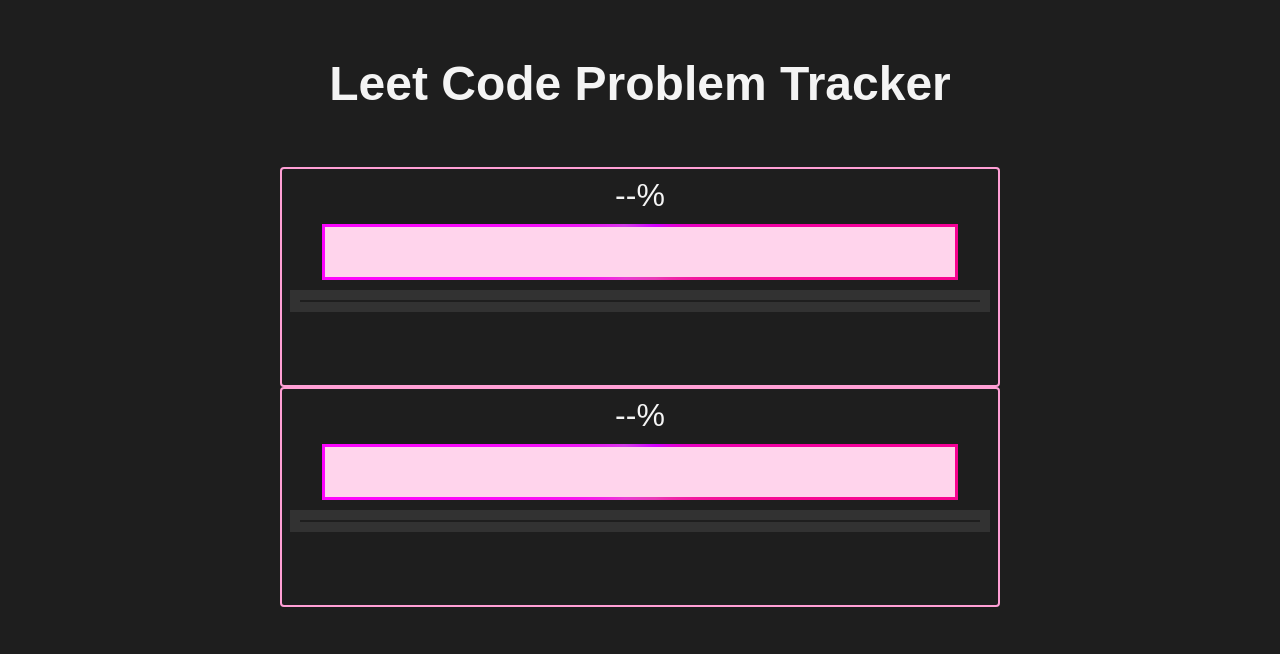
Repository: bbrockbrown/leet-code-tracker
Page: index.html
The author's editor kept a copy of each file at every save. The page is drawn from the files as they stood at one save, then again after the next save.
The browser window is 1280 px wide. The pictures show the whole page.

Above is the page before, as saved 2024-07-28 17:12:39.

### index.html
<!DOCTYPE html>
<html lang="en">
<head>
    <meta charset="UTF-8">
    <meta name="viewport" content="width=device-width, initial-scale=1.0">
    <link rel="stylesheet" href="styles.css">
    <script>src="script.js"</script>
    <title>Document</title>
</head>
<body>
    <div class="main">
        <h1 id="header">Leet Code Problem Tracker</h1>
    </div>

    <div class="tracking-container">
        <!-- Have some script grab random leet code problems daily -->
        <div class="todo-tracking">
            <div class="todo-percent">--%</div>
            <div class="progressbar" id="todo-bar"> <!--% Container for progressbar --> </div>
            <table>
                <tbody>
                    <tr>
                        <th></th>
                        <th></th>
                        <th></th>
                    </tr>
                </tbody>
            </table>
        </div>

        <!-- Brings to page with links to completed problems, area to write
         notes about how it was solved, topics used, etc-->
        <div class="completed-tracking">
            <div class="completed-percent">--%</div>
            <div class="progressbar" id="completed-bar"> <!--% Container for progressbar --> </div>
            <table>
                <tbody>
                    <tr>
                        <th></th>
                        <th></th>
                        <th></th>
                    </tr>
                </tbody>
            </table>
        </div>
    </div>
</body>
</html>

### styles.css
:root {
    --tracking-border-color: rgb(255, 159, 213);
}

@keyframes rotate {
	to {
		--angle: 360deg;
	}
}

@property --angle {
  syntax: '<angle>';
  initial-value: 0deg;
  inherits: false;
}

head {
    display: none;
}

body {
    font-family: Arial, sans-serif;
    background: #1e1e1e;
    margin: 0;
    padding: 0;
    color: #f4f4f4;
    overflow: hidden;
    font-size: 90%;
}

.main {
    display: flex;
    flex-flow: column;
    justify-content: center;
    align-items: center;
    padding: 24px;
}

#header {
    font-size: 48px;
}

.tracking-container {
    display: flex;
    flex-flow: row wrap;
    align-items: center;
    justify-content: space-evenly;
}

.todo-tracking, .completed-tracking {
    border: 2px solid var(--tracking-border-color);
    border-radius: 4px;
    font-size: 32px;
    text-align: center;
    box-shadow: 8px rgb(255, 159, 213, 0.8);
    height: 200px;
    width: 700px;
    padding: 8px;
}

.todo-tracking:hover, .completed-tracking:hover {
    filter: brightness(85%);
}

/* progress bar fills more as more complete */
.progressbar {
    width: 90%;
    height: 50px;
    border-radius: 8px;
    background-color: rgb(255, 212, 236);
    margin: 10px auto;
    --angle: 0deg;
    /* FOR FUTURE: make it so user can change border gradient */
    --very-pink: rgb(249, 0, 141);
    --pink: rgb(233, 58, 183);
    --pinkish-purple: rgb(233, 58, 210);
    --magenta: magenta;
    --purple: rgb(213, 58, 233);
    --very-purple: rgb(212, 0, 255);
	border: 3px solid;
	border-image: conic-gradient(from var(--angle), var(--very-pink), var(--pink), var(--pinkish-purple), var(--magenta), var(--purple), var(--very-purple), var(--very-pink)) 1;
	animation: 4s rotate linear infinite;
}

table {
    width: 100%;
    margin: 0 auto;
    display: table;
    border-collapse: collapse;
    transition: box-shadow 0.3s ease-in-out;
    border: 10px solid #323232;
    border-radius: 10px;
    box-shadow: #1e1e1e;
}

After the next save:
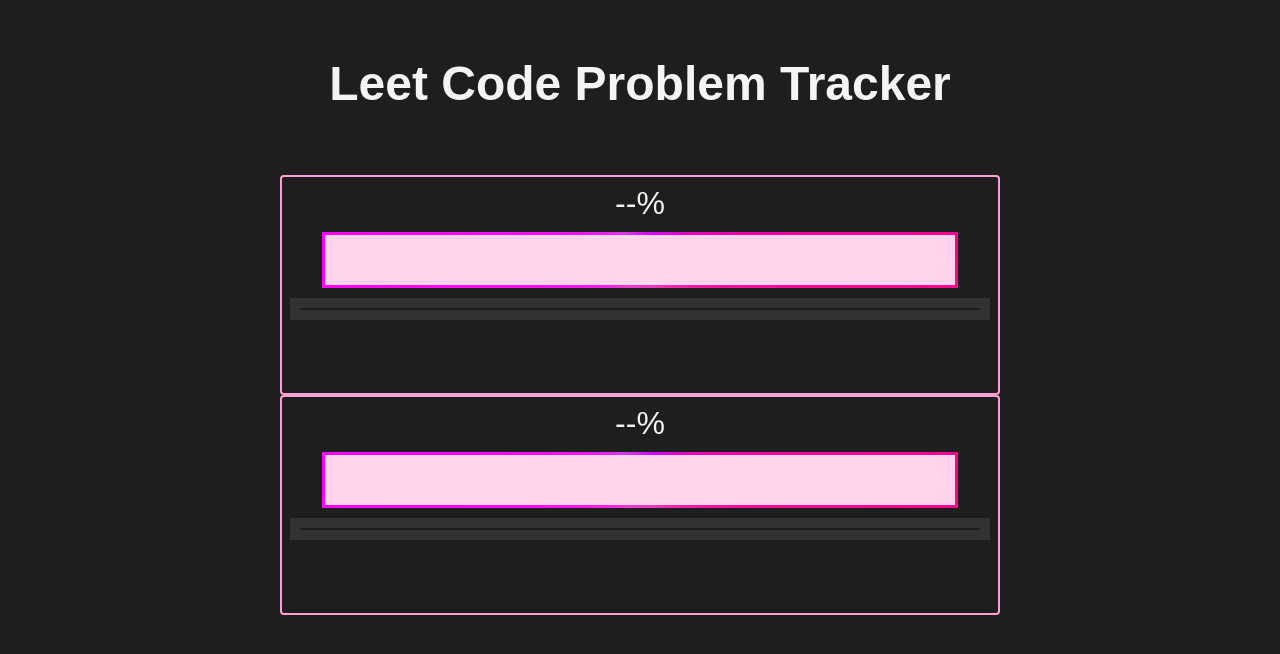
Saved 28 s later.
--- a/styles.css
+++ b/styles.css
@@ -45,6 +45,7 @@
     flex-flow: row wrap;
     align-items: center;
     justify-content: space-evenly;
+    padding: 8px;
 }
 
 .todo-tracking, .completed-tracking {

After the save that followed:
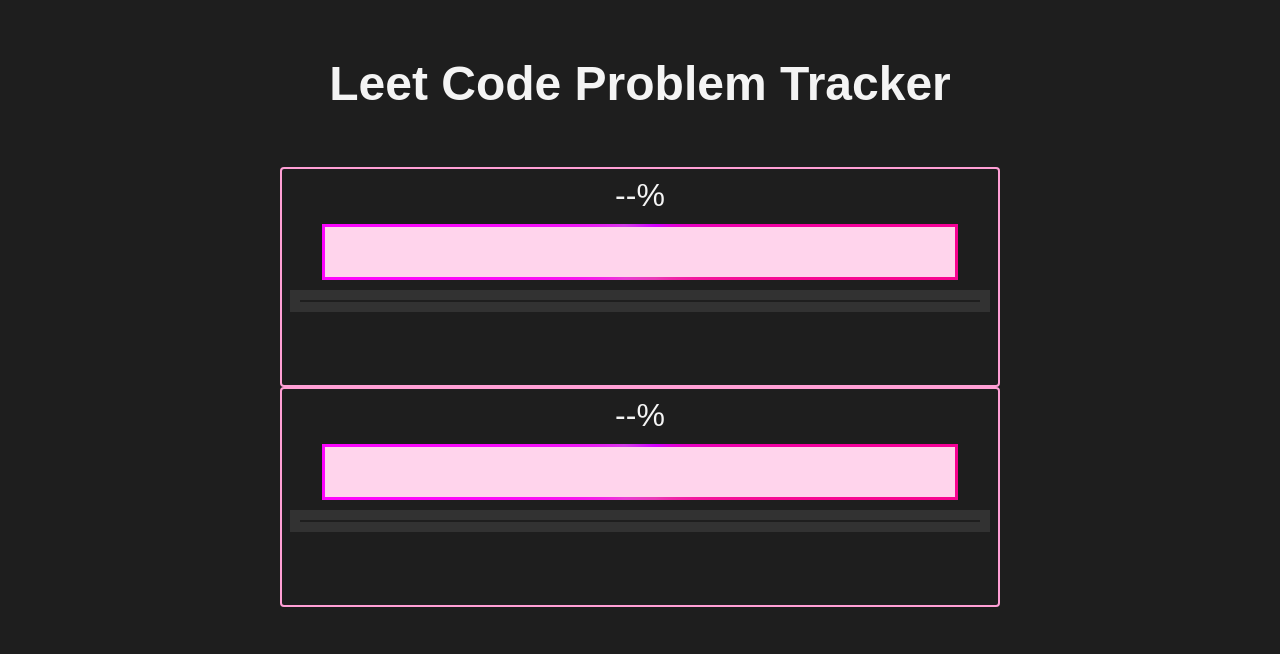
Saved 10 s later.
--- a/styles.css
+++ b/styles.css
@@ -45,7 +45,6 @@
     flex-flow: row wrap;
     align-items: center;
     justify-content: space-evenly;
-    padding: 8px;
 }
 
 .todo-tracking, .completed-tracking {
